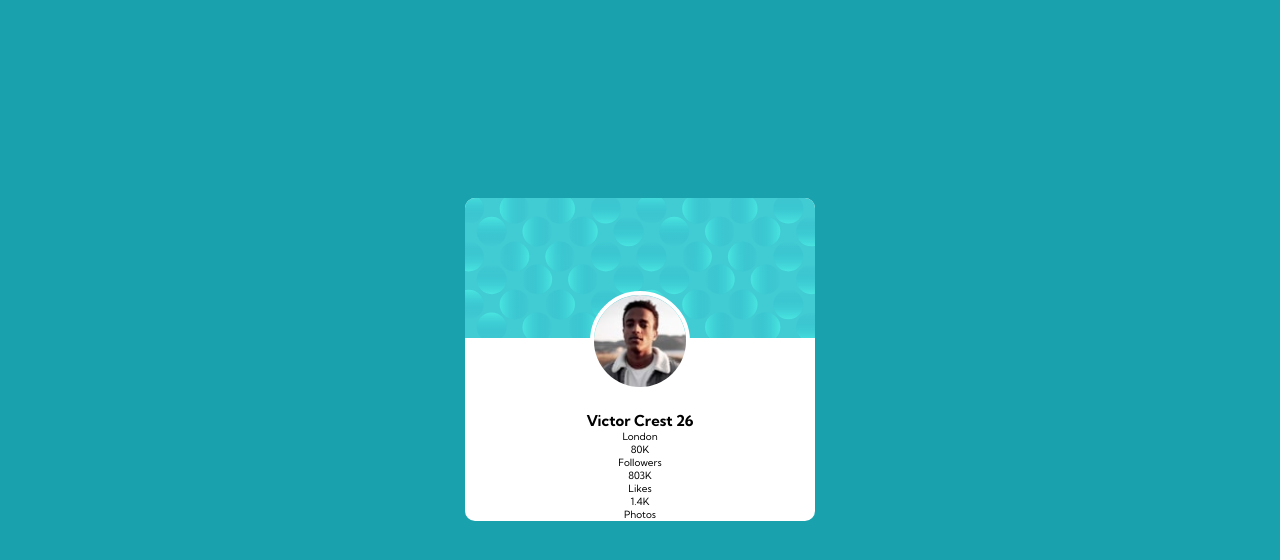
Repository: thaibaocoder1/profile-card-component-main
Page: index.html
The author's editor kept a copy of each file at every save. The page is drawn from the files as they stood at one save, then again after the next save.
The browser window is 1280 px wide. The pictures show the whole page.

Above is the page before, as saved 2023-01-11 13:55:45.

### index.html
<!DOCTYPE html>
<html lang="en">
<head>
  <meta charset="UTF-8">
  <meta name="viewport" content="width=device-width, initial-scale=1.0">
  <link rel="icon" type="image/png" sizes="32x32" href="./images/favicon-32x32.png">
  <title>Frontend Mentor | Profile card component</title>
  <link rel="stylesheet" href="./style.css">
  <!-- Feel free to remove these styles or customise in your own stylesheet 👍 -->
  <style>
    .attribution { font-size: 11px; text-align: center; }
    .attribution a { color: hsl(228, 45%, 44%); }
  </style>
</head>
<body>
  <main class="card">
    <section class="card__wrapper">
      <img src="./images/bg-pattern-card.svg" alt="">
      <section class="card__content">
        <img src="./images/image-victor.jpg" alt="">
        <h2 class="card__bottom--heading">Victor Crest <span>26</span></h2>
        <p class="card__bottom--address">London</p>
        <section class="footer">
            <div class="card__bottom--item">
              <p>80K</p>
              <span>Followers</span>
            </div>
            <div class="card__bottom--item">
              <p>803K</p>
              <span>Likes</span>
            </div>
            <div class="card__bottom--item">
              <p>1.4K</p>
              <span>Photos</span>
            </div>
        </section>
      </section>
    </section>
  </main>
  <!-- <div class="attribution">
    Challenge by <a href="https://www.frontendmentor.io?ref=challenge" target="_blank">Frontend Mentor</a>.
    Coded by <a href="#">Your Name Here</a>.
  </div> -->
</body>
</html>

### style.css
@import url('https://fonts.googleapis.com/css2?family=Kumbh+Sans:wght@400;700&display=swap');
* {
    margin: 0;
    padding: 0;
    box-sizing: border-box;
    border: none;
    outline: none;
}
html {
    font-size: 62.5%;
}
body {
    text-rendering: optimizeLegibility;
    scroll-behavior: smooth;
    font-family: 'Kumbh Sans', sans-serif;
    display: flex;
    align-items: center;
    justify-content: center;
    background-color: var(--dark-cyan);
    height: calc(100vh - 1px)
}
:root {
    --dark-cyan: hsl(185, 75%, 39%);
    --very-dark-blue: hsl(229, 23%, 23%);
    --dark-blue: hsl(227, 10%, 46%);
    --dark-grey: hsl(0, 0%, 59%);
}
.card {
    margin: 0 auto;
    text-align: center;
}
.card__wrapper {
    max-width: 420px;
    background-color: #fff;
    border-radius: 1rem;
    overflow: hidden;
    margin: 1rem;
}
.card__content {
    position: relative;
    padding-top: 7rem;
}
.card__content img {
    width: 10rem;
    height: 10rem;
    border-radius: 50%;
    border: 4px solid #fff;
    position: absolute;
    top: 0;
    left: 50%;
    transform: translate(-50%, -50%);
}

After the next save:
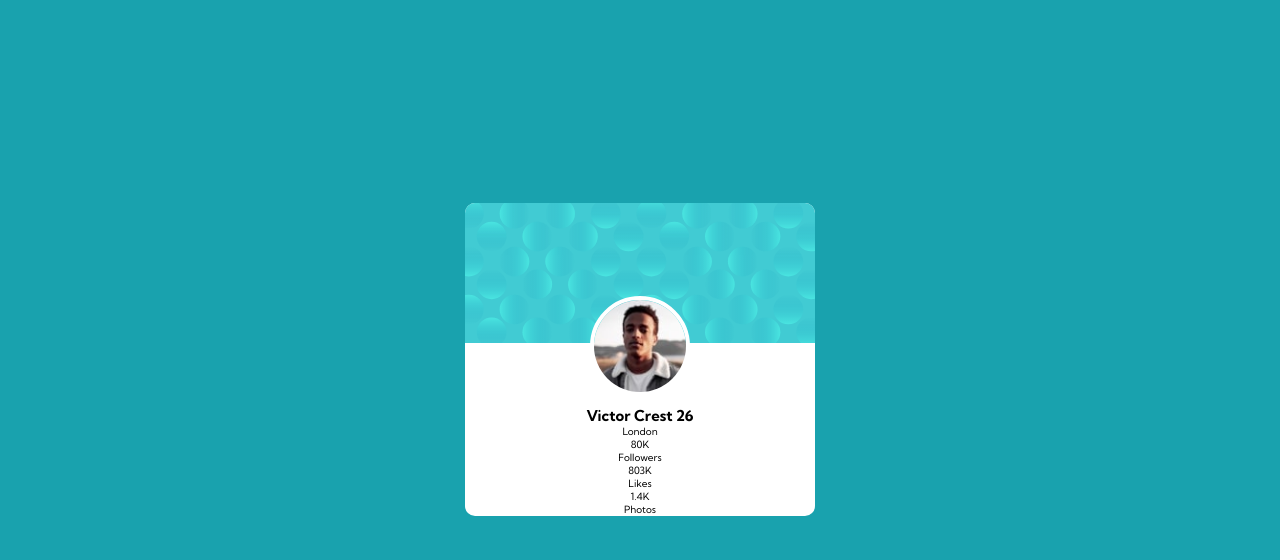
Saved 6 s later.
--- a/style.css
+++ b/style.css
@@ -38,7 +38,7 @@ body {
 }
 .card__content {
     position: relative;
-    padding-top: 7rem;
+    padding-top: 6rem;
 }
 .card__content img {
     width: 10rem;
